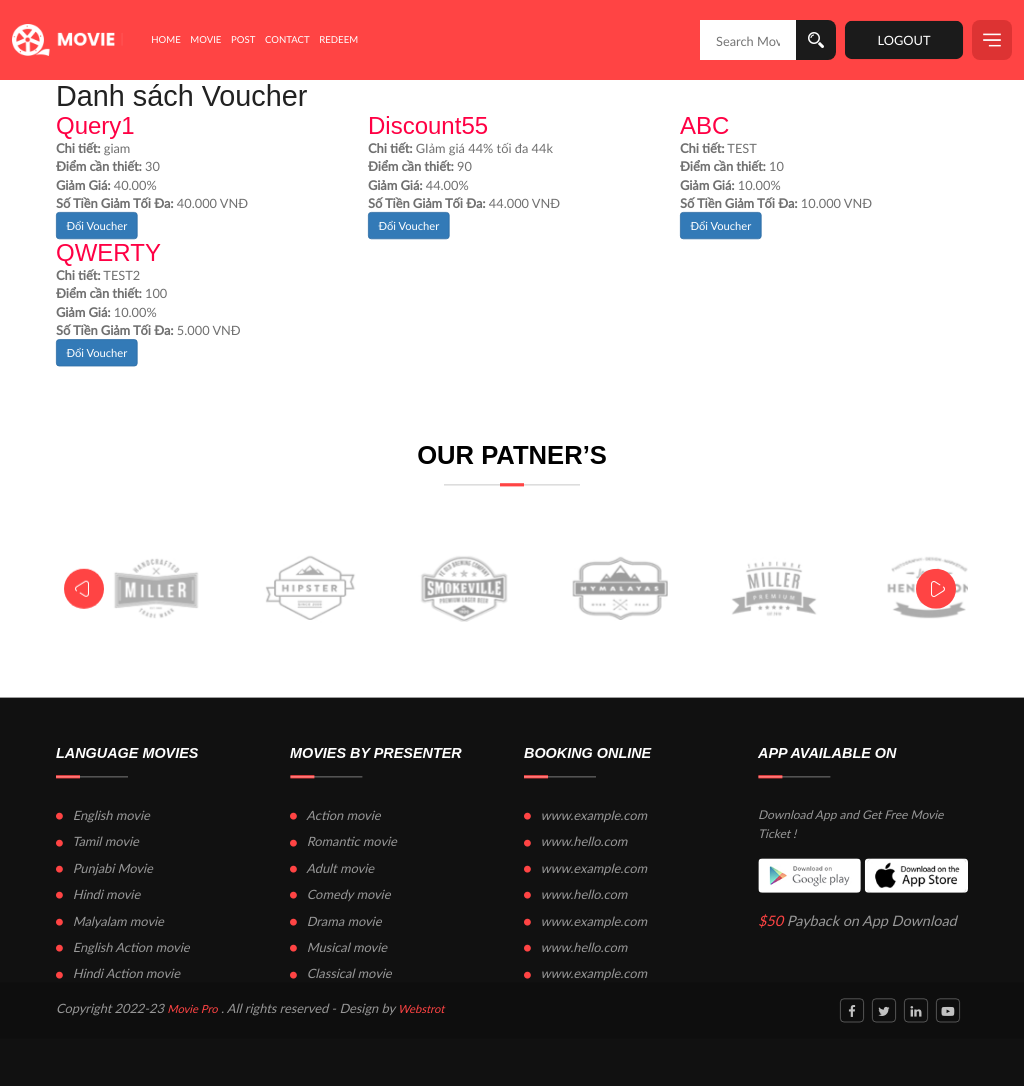
Repository: TK-NNH/DATN
Page: http://localhost/redeem
These files come from the project's save history. The page is drawn as it stood at one moment and after the next save; the edit follows.
The browser window is 1280 px wide. The pictures show the whole page, at 80% of full size.
Some web fonts or font styles are not loaded; a fallback is used. The page is served by the project's Laravel application, run on PHP 8.4 with Laravel 10. The first stored user is signed in. The database holds what the project's SQL file puts in it. Queries for data that is not in the repository find no rows.

Above is the page before, as saved 2024-12-18 19:37:00.

After the next save:
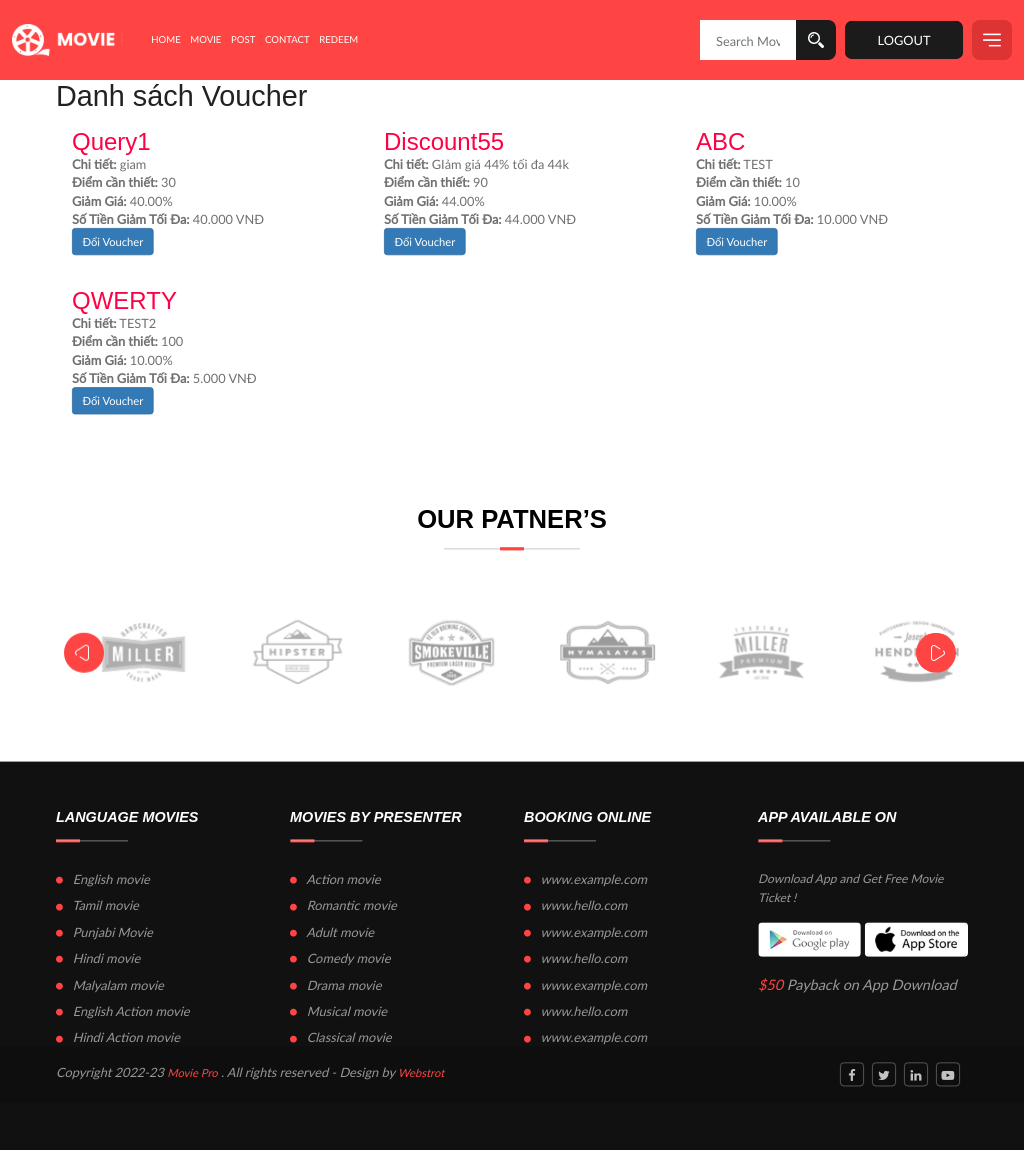
Saved 19 s later.
--- a/FilmHub-Booking/Backend-filmhub/resources/views/frontend/redeemvourcher/redeem.blade.php
+++ b/FilmHub-Booking/Backend-filmhub/resources/views/frontend/redeemvourcher/redeem.blade.php
@@ -20,7 +20,7 @@
     <div class="row">
         @foreach ($vouchers as $voucher)
             <div class="col-md-4 mb-3">
-                <div class="card shadow-sm border-light">
+                <div class="card shadow-sm border-light" style="margin: 20px">
                     <div class="card-body">
                         <h5 class="card-title" style="font-size: 30px; color:rgb(255, 0, 68)">{{ $voucher->vourcher_code }}</h5>
                         <p class="card-text"><strong>Chi tiết:</strong> {{ $voucher->vourcher_name }}</p>
